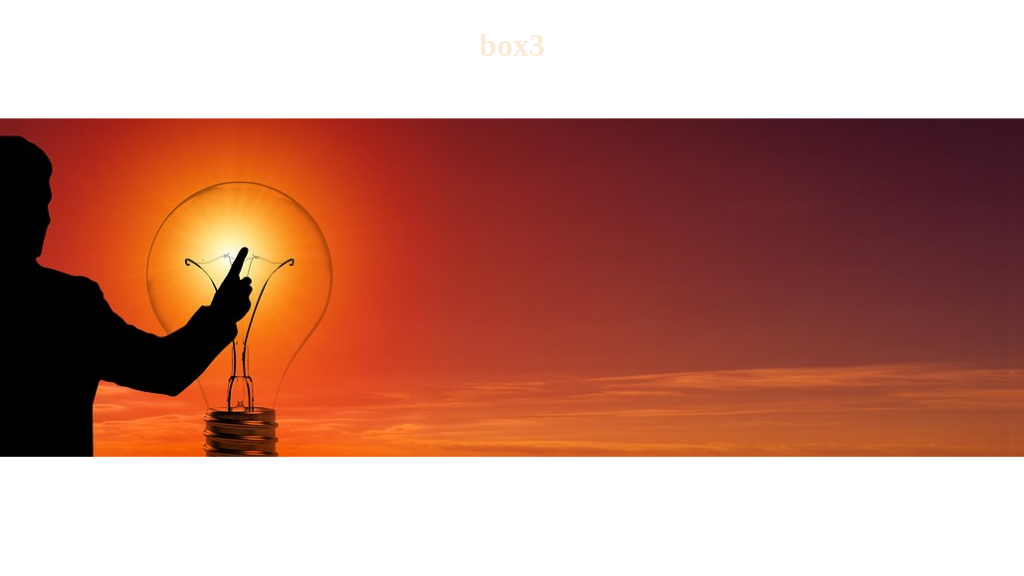
Repository: NavinDayanithi/static-web-design-competition
Page: index.html
An editor plug-in stored every save of this project. The page is shown before and after the next save, followed by the edit.
The browser window is 1280 px wide. The pictures show the part of the page from y = 1520 to 2960 px (the page is 2240 px tall before and 2960 px after), at 80% of full size.
Backgrounds fixed to the window are drawn as part of the page.

Above is the page before, as saved 2023-04-28 20:18:05.

After the next save:
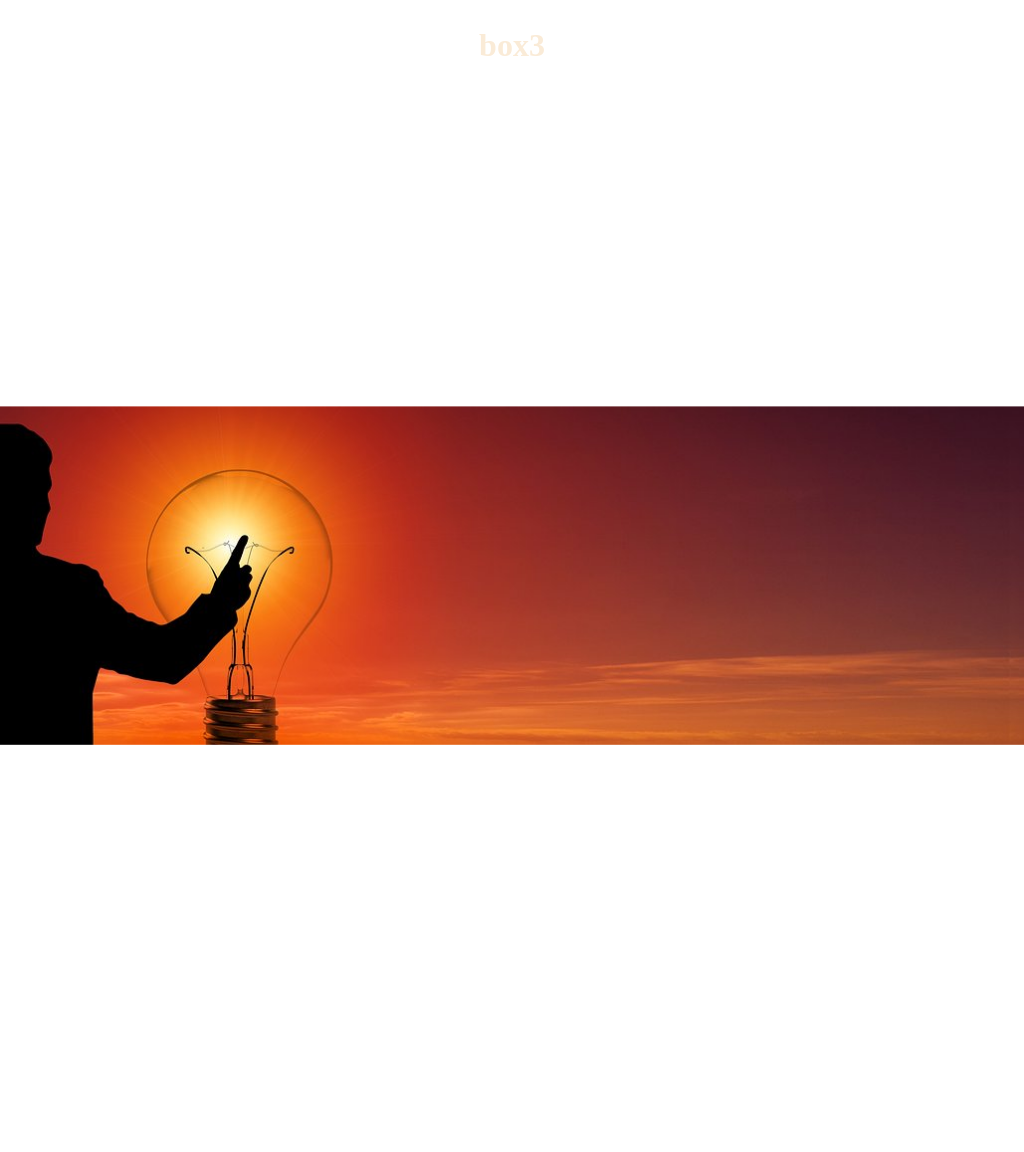
Saved 11 s later.
--- a/styles.css
+++ b/styles.css
@@ -42,7 +42,7 @@
 }
 
 .box3{
-    height: 100vh;
+    height: 200vh;
     width:100%;
     background-image: url(img3.jpg);
     background-size:contain;

After the save that followed:
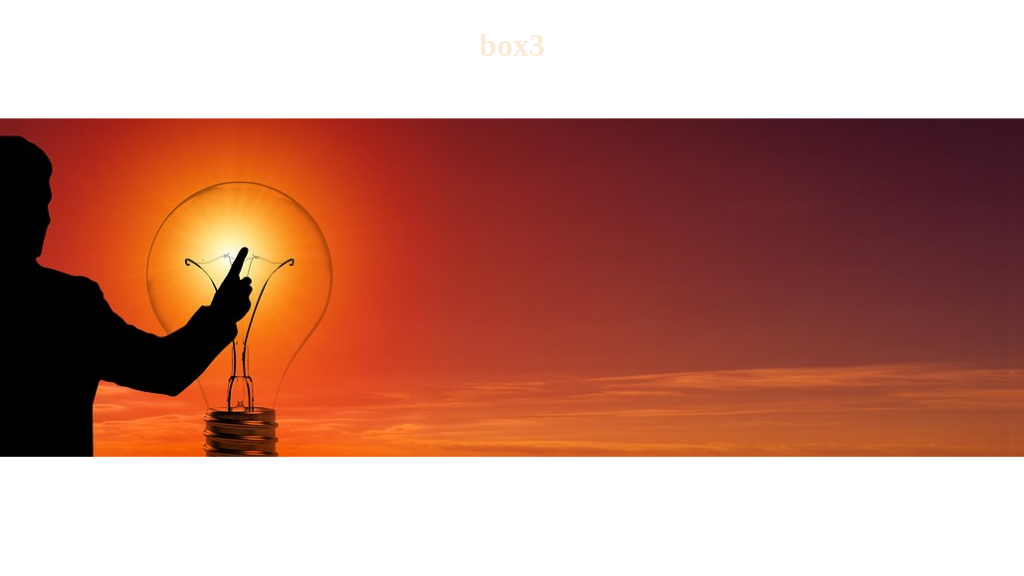
Saved 5 s later.
--- a/styles.css
+++ b/styles.css
@@ -42,7 +42,7 @@
 }
 
 .box3{
-    height: 200vh;
+    height: 100vh;
     width:100%;
     background-image: url(img3.jpg);
     background-size:contain;
